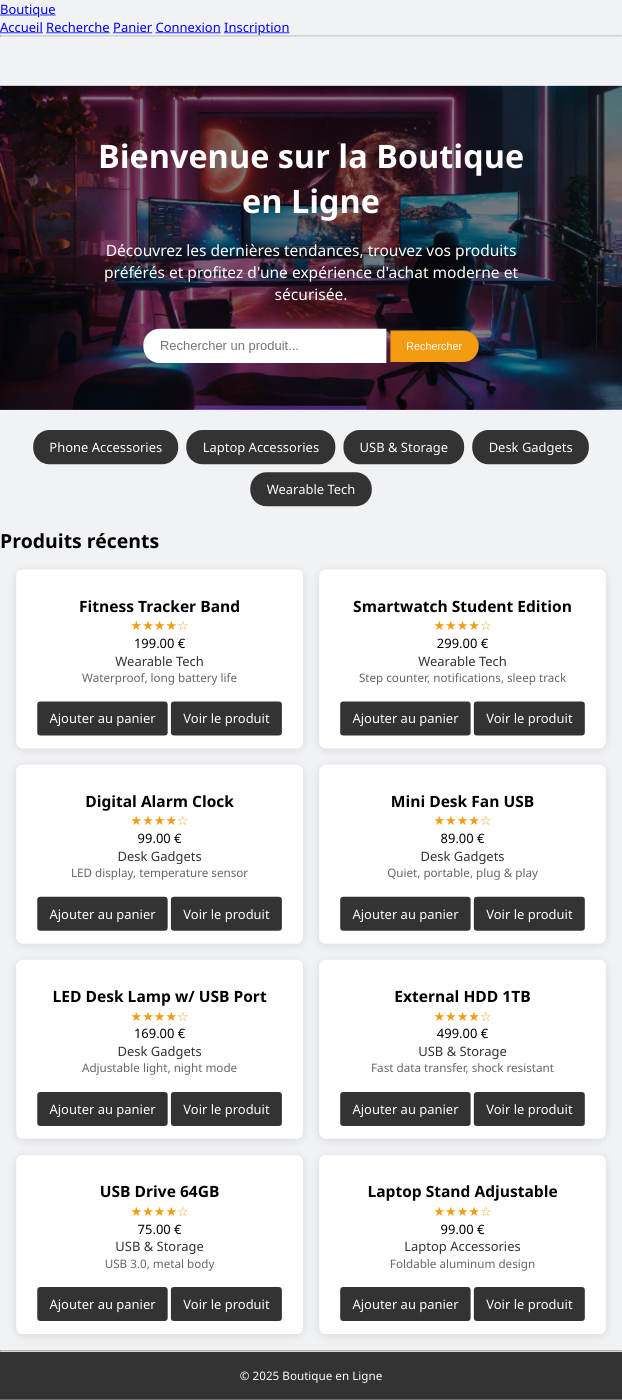
Repository: kiraj-walid/ecomerce
Page: http://localhost/
These files come from the project's save history. The page is drawn as it stood at one moment and after a run of saves; the edit follows.
The browser window is 768 px wide. The pictures show the whole page, at 81% of full size.
The page is run by PHP 8.4 with error messages shown; the project is at /var/www/html/. The database holds what the project's SQL file puts in it. Queries for data that is not in the repository find no rows.

Above is the page before, as saved 2025-05-07 15:11:49.

After the next 2 saves:
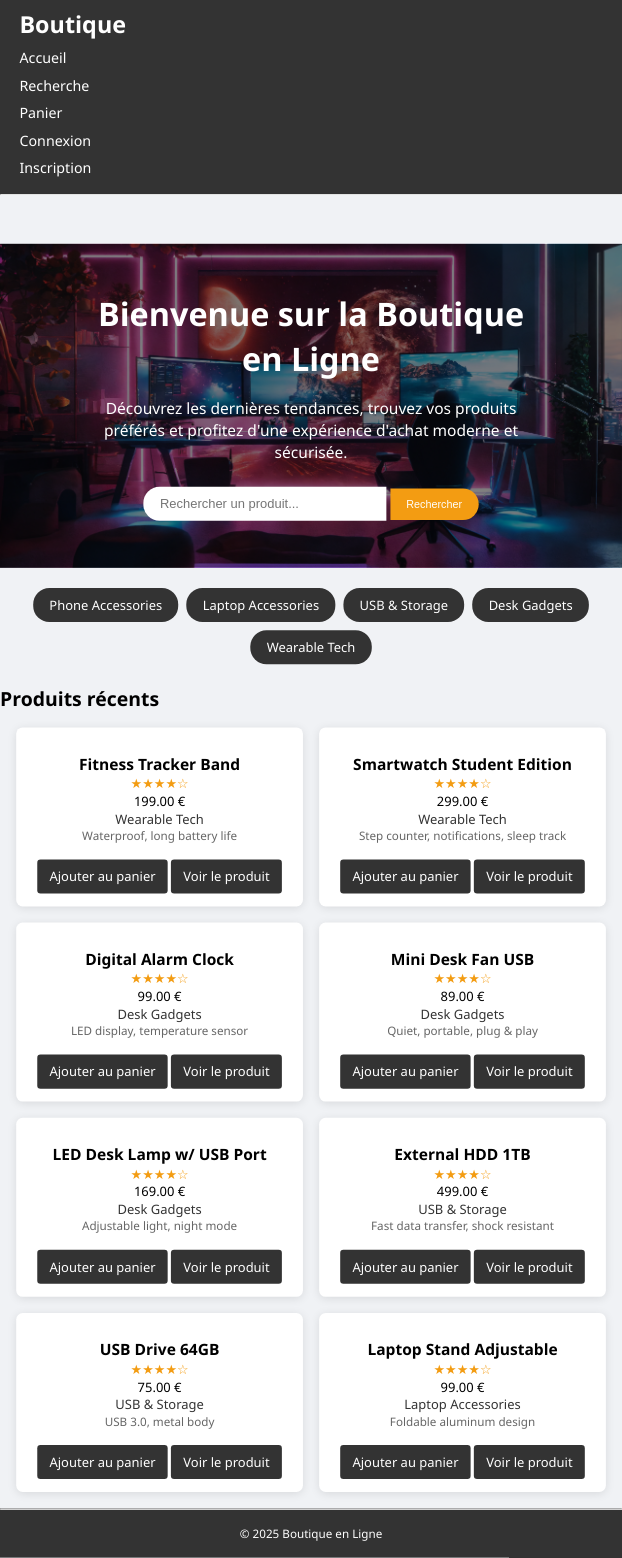
The 2 saves are shown as one change because they came seconds apart.
The last was saved 34 s later.
--- a/assets/css/style.css
+++ b/assets/css/style.css
@@ -10,8 +10,83 @@ body {
     background-color: #f0f2f5;
     margin: 0;
 }
-
-Navbar
+/* Navbar */
+.navbar {
+    background-color: #333;
+    color: #fff;
+    padding: 10px 0;
+    position: sticky;
+    top: 0;
+    z-index: 1000;
+}
+
+.navbar-container {
+    max-width: 1200px;
+    margin: 0 auto;
+    display: flex;
+    align-items: center;
+    justify-content: space-between;
+    padding: 0 24px;
+}
+
+.navbar-logo {
+    font-size: 1.8em;
+    font-weight: bold;
+    text-decoration: none;
+    color: #fff;
+    transition: color 0.3s ease;
+}
+
+.navbar-logo:hover {
+    color: #f0a500; /* Highlight color on hover */
+}
+
+.navbar-links {
+    display: flex;
+    align-items: center;
+}
+
+.navbar-links a {
+    margin-right: 20px;
+    color: #fff;
+    text-decoration: none;
+    font-size: 1.1em;
+    transition: color 0.3s ease;
+}
+
+.navbar-links a:hover {
+    color: #f0a500; /* Highlight color on hover */
+}
+
+/* Logout Button */
+.logout {
+    color: #f44336; /* Red for logout */
+    font-weight: bold;
+}
+
+.logout:hover {
+    color: #d32f2f; /* Darker red when hovered */
+}
+
+/* Make navbar responsive */
+@media (max-width: 768px) {
+    .navbar-container {
+        flex-direction: column;
+        align-items: flex-start;
+    }
+
+    .navbar-links {
+        flex-direction: column;
+        align-items: flex-start;
+        margin-top: 10px;
+    }
+
+    .navbar-links a {
+        margin-bottom: 10px;
+    }
+}
+
+/* Navbar
 nav {
     background-color: #333;
     padding: 10px 20px;
@@ -56,7 +131,7 @@ nav .nav-links a {
 nav .nav-links a:hover {
     background-color: #f39c12;
     color: #333;
-}
+} */
 
 /* Hero Section */
 .hero-section {
